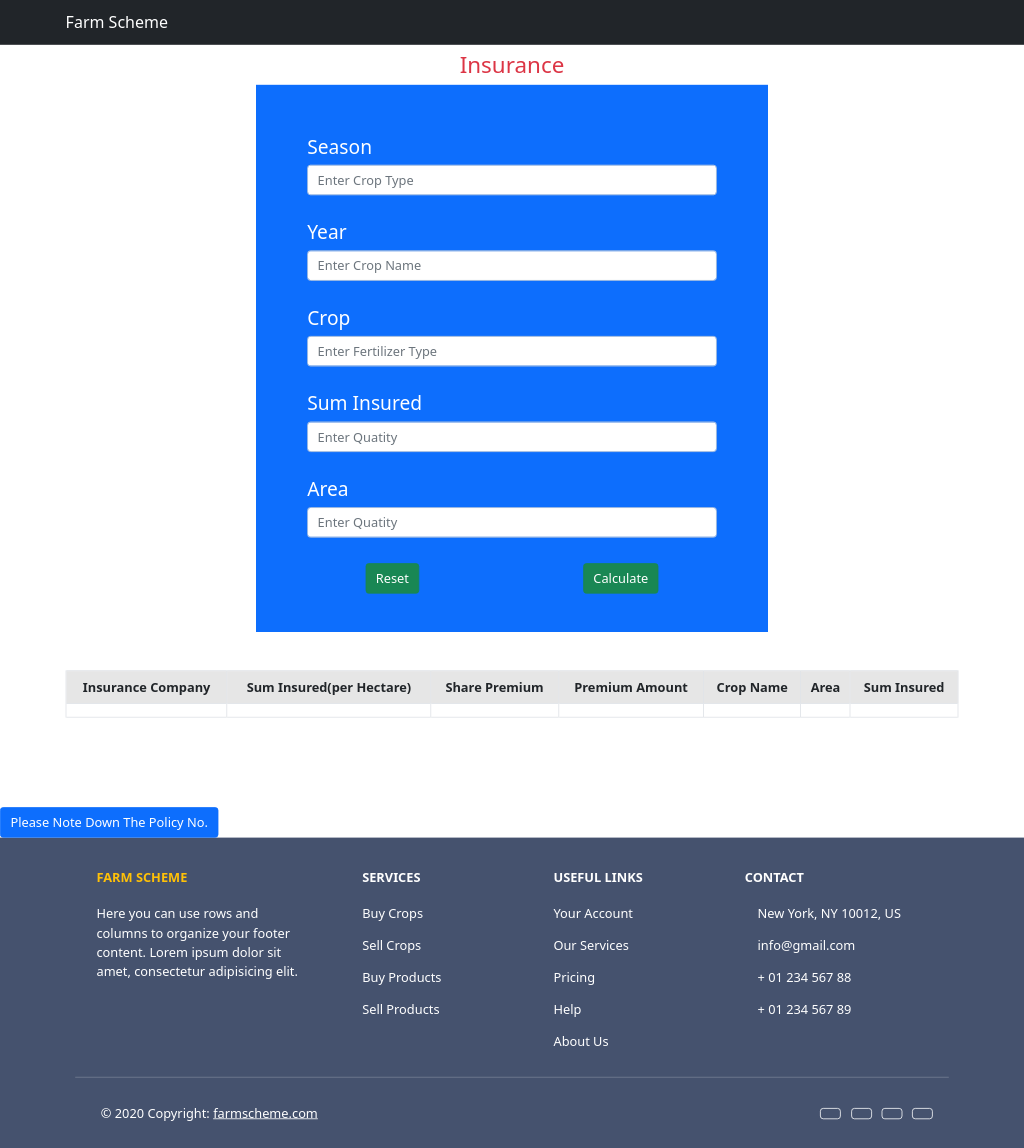
Repository: lavakumar17/Farmscheme
Page: http://localhost/demo/farmer/insurance_reg_success.jsp
These files come from the project's save history. The page is drawn as it stood at one moment and after the next save; the edit follows.
The browser window is 1280 px wide. The pictures show the whole page, at 80% of full size.
The page is served by Tomcat 9. The template is opened directly, without the code that normally fills it, so the values that code supplies are empty.

Above is the page before, as saved 2022-06-24 05:03:35.

After the next save:
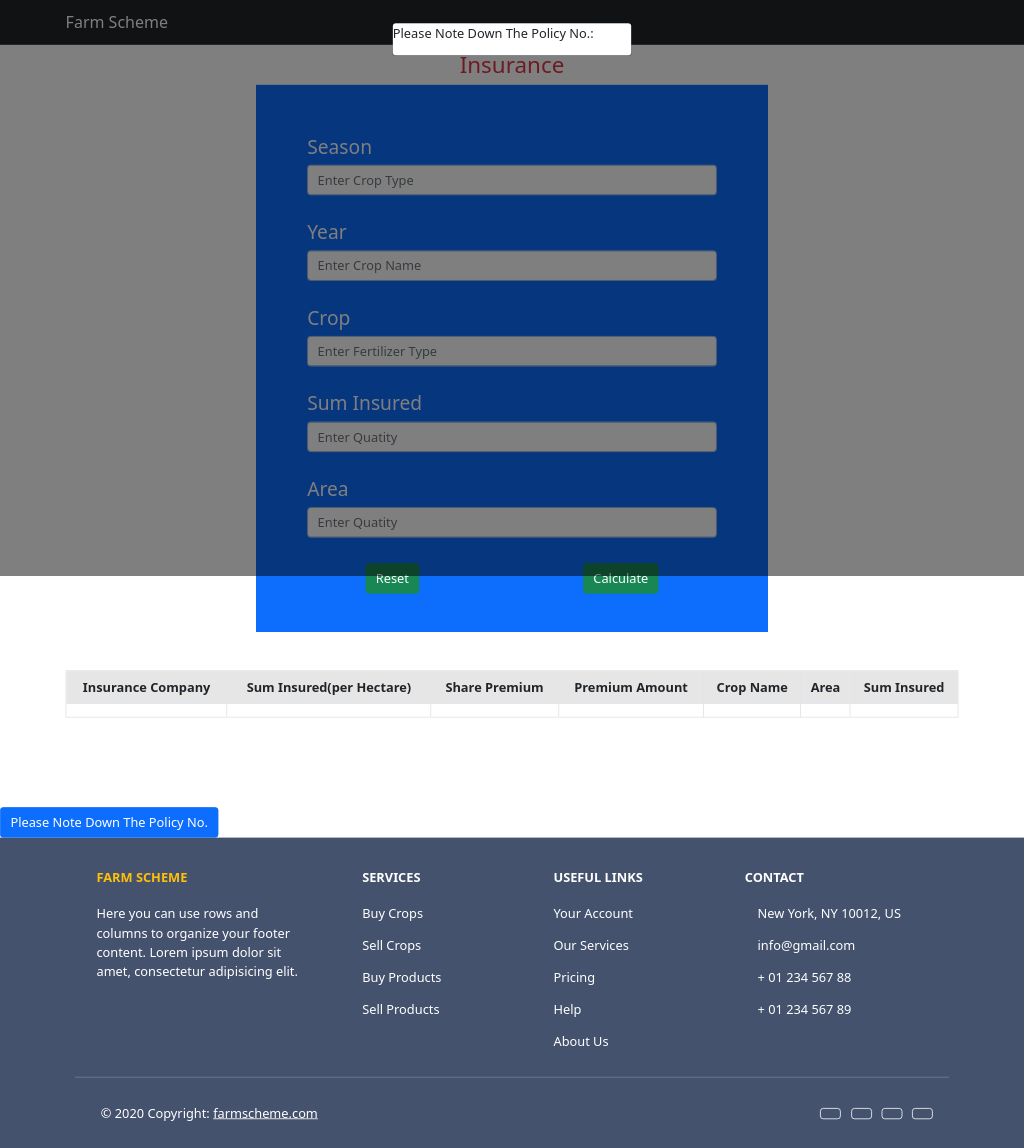
Saved 85 s later.
--- a/MainProject/demo/src/main/webapp/farmer/insurance_reg_success.jsp
+++ b/MainProject/demo/src/main/webapp/farmer/insurance_reg_success.jsp
@@ -123,7 +123,7 @@
 <!-- Small modal -->
 <button type="button" class="btn btn-primary" data-toggle="modal" data-target=".bd-example-modal-sm">Please Note Down The Policy No.</button>
 
-<div class="modal fade bd-example-modal-sm" tabindex="-1" role="dialog" aria-labelledby="mySmallModalLabel" aria-hidden="true">
+<div class="modal fade bd-example-modal-sm" tabindex="-1" role="dialog" aria-labelledby="mySmallModalLabel" aria-hidden="true" id="exampleModal">
   <div class="modal-dialog modal-sm">
     <div class="modal-content">
      <p>Please Note Down The Policy No.:
